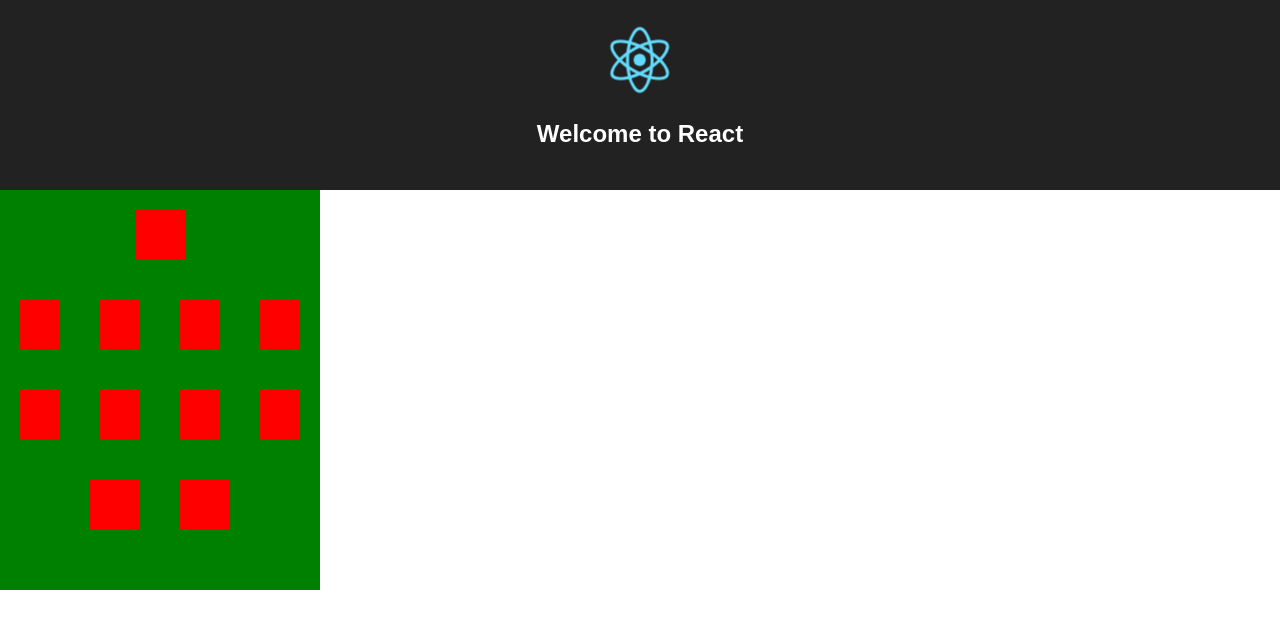
Repository: technicaltests100k/fantacalcio
Page: /
These files come from the project's save history. The page is drawn as it stood at one moment and after the next save; the edit follows.
The browser window is 1280 px wide. The pictures show the whole page.
The project was rebuilt for these pictures with package versions that can differ from the ones it lists, and the page was loaded fresh each time.

Above is the page before, as saved 2017-11-22 16:27:25.

### src/App.js
import React, { Component } from 'react';
import logo from './logo.svg';
import './App.css';

class App extends Component {
  render() {
    return (
      <div className="App">
        <header className="App-header">
          <img src={logo} className="App-logo" alt="logo" />
          <h1 className="App-title">Welcome to React</h1>
        </header>

        <div className={'pitch'}>
          <div className="keeper">
            <div className={'player'} />
          </div>
          <div className="defence">
            <div className={'player'} />
            <div className={'player'} />
            <div className={'player'} />
            <div className={'player'} />
          </div>
          <div className="midfield">
            <div className={'player'} />
            <div className={'player'} />
            <div className={'player'} />
            <div className={'player'} />
          </div>
          <div className="attack">
            <div className={'player'} />
            <div className={'player'} />
          </div>
        </div>
      </div>
    );
  }
}

export default App;

### src/App.css
.App {
  text-align: center;
}

.App-logo {
  animation: App-logo-spin infinite 20s linear;
  height: 80px;
}

.App-header {
  background-color: #222;
  height: 150px;
  padding: 20px;
  color: white;
}

.App-title {
  font-size: 1.5em;
}

.App-intro {
  font-size: large;
}

.pitch {
  width: 320px;
  height: 400px;
  background-color: green;
}
.player {
  width: 50px;
  height: 50px;
  background-color: red;
  margin: 20px;
}
.keeper {
  display: flex;
  justify-content: center;
  /* display: block; */
}
.defence {
  display: flex;
  justify-content: center;
  /* display: block; */
}
.midfield {
  display: flex;
  justify-content: center;
  /* display: block; */
}
.attack {
  display: flex;
  justify-content: center;
  /* display: block; */
}

@keyframes App-logo-spin {
  from {
    transform: rotate(0deg);
  }
  to {
    transform: rotate(360deg);
  }
}

Loaded but not shown: public/index.html (common file); src/index.js (common file); src/index.css (common file); src/registerServiceWorker.js (common file)

After the next save:
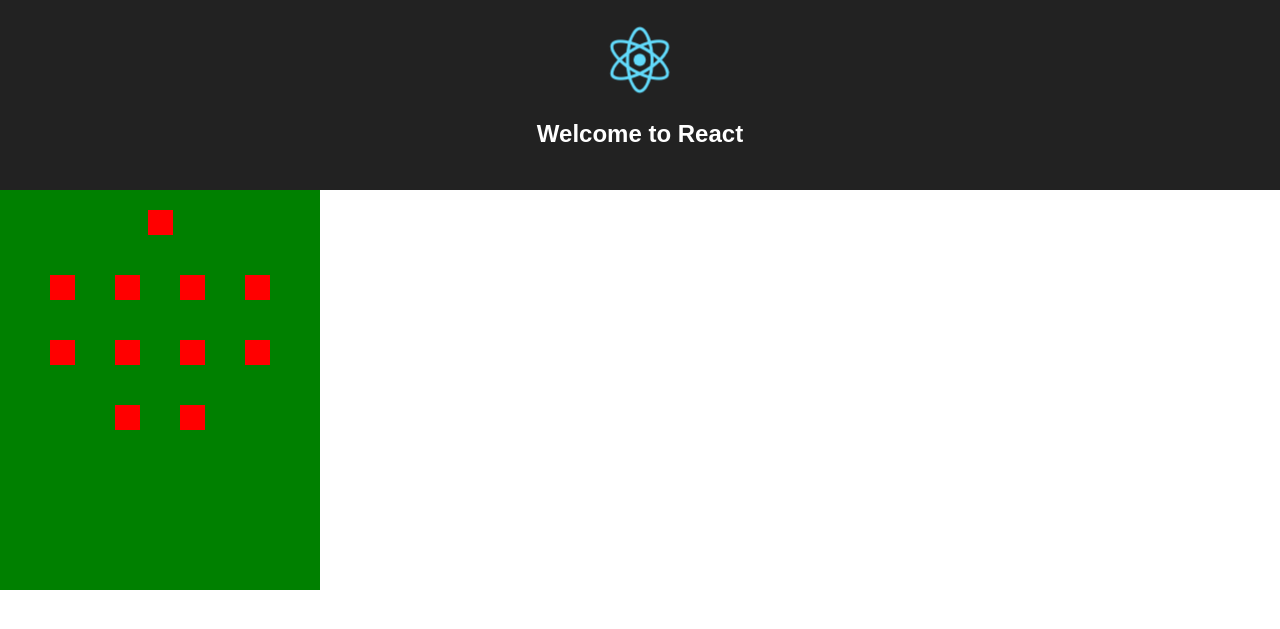
Saved 112 s later.
--- a/src/App.css
+++ b/src/App.css
@@ -28,8 +28,8 @@
   background-color: green;
 }
 .player {
-  width: 50px;
-  height: 50px;
+  width: 25px;
+  height: 25px;
   background-color: red;
   margin: 20px;
 }
